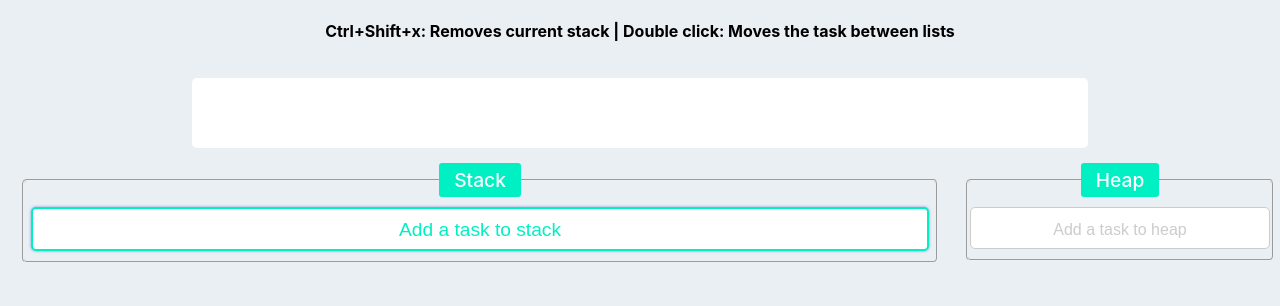
Repository: litalsh/meeting_v1
Page: /
The author's editor kept a copy of each file at every save. The page is drawn from the files as they stood at one save, then again after the next save.
The browser window is 1280 px wide. The pictures show the whole page.
The project was rebuilt for these pictures with package versions that can differ from the ones it lists, and the page was loaded fresh each time. Also part of the build but not shown: src/Task.js.

Above is the page before, as saved 2020-12-09 09:29:34.

After the next save:
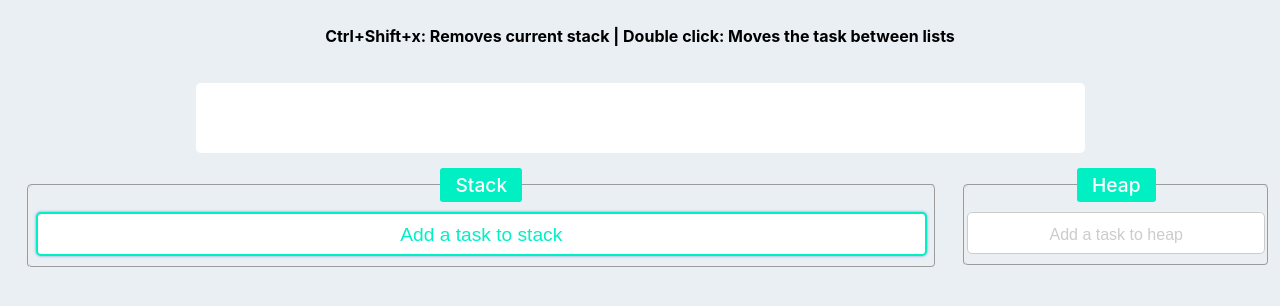
Saved 51 s later.
--- a/src/App.css
+++ b/src/App.css
@@ -9,6 +9,7 @@
 .container {
   display: grid;
   grid-template-columns: 3fr 1fr;
+  margin: 5px;
 }
 
 .current-task {

After the save that followed:
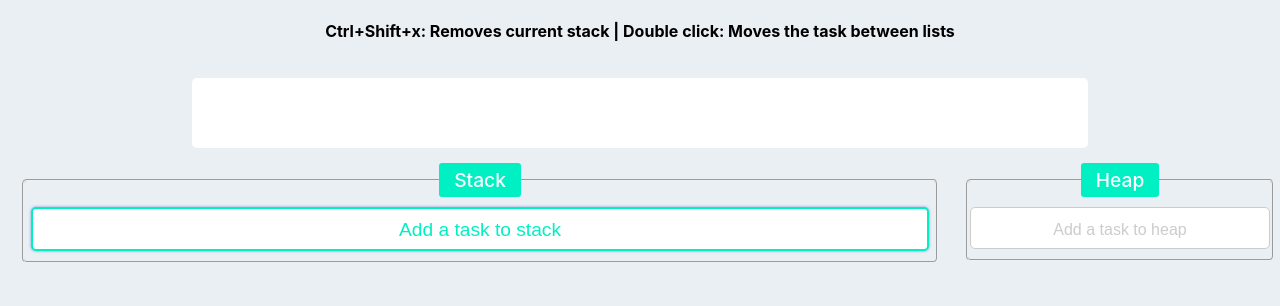
Saved 98 s later.
--- a/src/App.css
+++ b/src/App.css
@@ -9,7 +9,6 @@
 .container {
   display: grid;
   grid-template-columns: 3fr 1fr;
-  margin: 5px;
 }
 
 .current-task {
